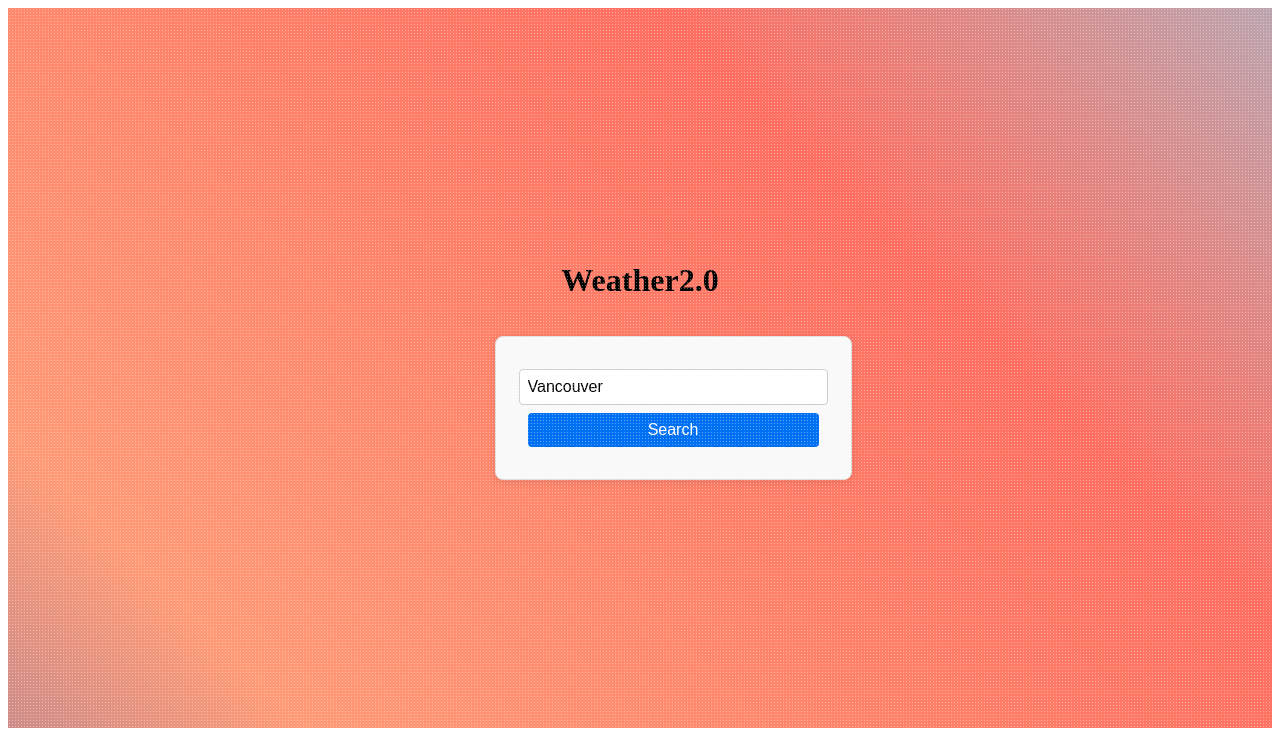
Repository: schwendyjr/COMP3170-Project
Page: /
An editor plug-in stored every save of this project. The page is shown before and after the next save, followed by the edit.
The browser window is 1280 px wide. The pictures show the whole page.
The page's requests for data from a server got no answer. The project was rebuilt for these pictures with package versions that can differ from the ones it lists, and the page was loaded fresh each time. The framework's server and built-in components were replaced by stand-ins that run in the browser. No one was signed in, and anything a server would have sent is missing. Also part of the build but not shown: utils/formatDate.js, components/WeatherCardItem.js, components/Forecast.js.

Above is the page before, as saved 2024-12-03 20:41:49.

### pages/_app.js
import '../styles/Home.module.css';


function MyApp({ Component, pageProps }) {
  return <Component {...pageProps} />;
}

export default MyApp;

### pages/index.js
import WeatherApp from '../components/WeatherApp';
import styles from '../styles/Home.module.css';

const Home = () => {
    return (
        <div className={styles.container}>
            <h1>Weather2.0</h1>
            <WeatherApp />
        </div>
    );
};

export default Home;

### styles/Home.module.css
/* styles/Home.module.css */
.container {
  display: flex;
  flex-direction: column;
  min-height: 100vh;
  align-items: center;
  justify-content: center;
/* animation component */
background: linear-gradient(45deg,
#151a1f, #4a69bd, /* Early morning */
#ff9a76, #ff6f61, /* Sunrise */
#87ceeb, #fdfd96, /* Noon */
#ffa500, #ffd700, /* Afternoon */
#ff4500, #800080, /* Sunset */
#000428, #1b2735 /* Evening/Night */
);
background-size: 600% 600%;
animation: GradientBackground 120s ease infinite;
animation: GradientBackground 500s ease infinite, GradientAngle 560s linear infinite;
overflow: hidden;
position: relative;
}

.container:after {
content: '';
position: absolute;
top: 0;
left: 0;
width: 100%;
height: 100%;
background: radial-gradient(#ffffff88 .5px, transparent .5px);
background-size: 3px 3px;
opacity: 0.6;
animation: Twinkle 2s infinite ease-in-out alternate;
pointer-events: none;
}

/* keyframe for animation */
@keyframes GradientBackground {
0% { background-position: 0% 50%; }
50% { background-position: 100% 50%; }
100% { background-position: 0% 50%; }
}

@keyframes Twinkle {
0% { opacity: 0.4; }
50% { opacity: 0.6; }
100% { opacity: 0.8; }
}

  .heading {
    margin-bottom: 2rem;
  }

  .button {
    margin: 1rem;
    padding: 0.5rem 1rem;
    background-color: #0070f3;
    color: white;
    border: none;
    border-radius: 5px;
    cursor: pointer;
  }

  .button:hover {
    background-color: #005bb5;
  }

  .list {
    list-style: none;
    padding: 0;
  }

  .item {
    background: #f8d7da;
    margin: 1rem 0;
    padding: 1rem;
    border-radius: 5px;
  }

  @media (max-width: 768px) {
    .container {
      padding: 1rem;
    }
  }


/* card css */

.weatherCard {
  display: flex;
  flex-direction: column;
  justify-content: space-between;
  align-items: center;
  padding: 1rem;
  margin: 1rem;
  border: 1px solid #ddd;
  border-radius: 8px;
  box-shadow: 0 2px 5px rgba(0, 0, 0, 0.1);
  background-color: #ffffffab;
  text-align: center;
  max-width: 200px;
}

.weatherCard img {
  max-width: 100px;
  height: auto;
}

.weatherCard h3 {
  font-size: 1.2rem;
  margin-bottom: 0.5rem;
}

.weatherCard p {
  margin: 0.5rem 0;
  font-size: 0.9rem;
}

/* form css */

.searchForm {
  display: flex;
  gap: 0.5rem;
  margin: 1rem 0;
  align-items: center;
  justify-content: center;

  flex-direction: column; /* Stack input and button */
  padding: 2rem;
  width: 100%;
  max-width: 400px; /* Limit form width */
  border: 1px solid #ddd;
  border-radius: 8px;
  box-shadow: 0 2px 10px rgba(0, 0, 0, 0.1);
  background-color: #f9f9f9;
}

.searchForm input {
  width: 100%; /* Make input fill available space */
  padding: 0.5rem;
  font-size: 1rem;
  border: 1px solid #ccc;
  border-radius: 4px;
}

.searchForm button {
  width: 100%; /* Make button fill available space */
  padding: 0.5rem;
  font-size: 1rem;
  background-color: #0070f3;
  color: white;
  border: none;
  border-radius: 4px;
  cursor: pointer;
  transition: background-color 0.3s ease;
}

.searchForm button:hover {
  background-color: #005bb5;
}

### components/WeatherApp.js
import { useState, useEffect } from 'react';
import axios from 'axios';
import WeatherSearch from './WeatherSearch';
import Forecast from './Forecast';

const WeatherApp = () => {
    const [city, setCity] = useState('Vancouver');
    const [forecastData, setForecastData] = useState(null);
    const [error, setError] = useState('');

    const fetchWeatherData = async (cityName) => {
        try {
            const response = await axios.get(`https://api.weatherapi.com/v1/forecast.json?key=${process.env.NEXT_PUBLIC_WEATHER_API_KEY}&q=${cityName}&days=5`);
            setForecastData(response.data);
            setError('');
        } catch (error) {
            setError('City not found');
        }
    };

    const fetchWeatherDataByCoords = async (latitude, longitude) => {
        try {
            const response = await axios.get(`https://api.weatherapi.com/v1/forecast.json?key=${process.env.NEXT_PUBLIC_WEATHER_API_KEY}&q=${latitude},${longitude}&days=5`);
            setForecastData(response.data);
            setCity(response.data.location.name);
            setError('');
        } catch (error) {
            setError('Location not found');
        }
    };

    useEffect(() => {
        if (navigator.geolocation) {
            navigator.geolocation.getCurrentPosition((position) => {
                fetchWeatherDataByCoords(position.coords.latitude, position.coords.longitude);
            }, () => {
                // Fallback to default city (Vancouver) if geolocation fails
                fetchWeatherData('Vancouver');
            });
        } else {
            // Fallback to default city (Vancouver) if geolocation is not supported
            fetchWeatherData('Vancouver');
        }
    }, []);

    return (
        <div>
            <WeatherSearch city={city} setCity={setCity} fetchWeatherData={fetchWeatherData} />
            {error && <p>{error}</p>}
            {forecastData && <Forecast forecastData={forecastData} />}
        </div>
    );
};

export default WeatherApp;

### components/WeatherSearch.js
import styles from '../styles/Home.module.css';
const WeatherSearch = ({ city, setCity, fetchWeatherData }) => {
  const handleInputChange = (e) => {
      setCity(e.target.value);
  };

  const handleSearch = (e) => {
      e.preventDefault();
      fetchWeatherData(city);
  };

  return (
      <form onSubmit={handleSearch} className={styles.searchForm}>
          <input type="text" value={city} onChange={handleInputChange} placeholder="Enter city" />
          <button type="submit">Search</button>
      </form>
  );
};

export default WeatherSearch;

Loaded but not shown: pages/_document.js (common file)

After the next save:
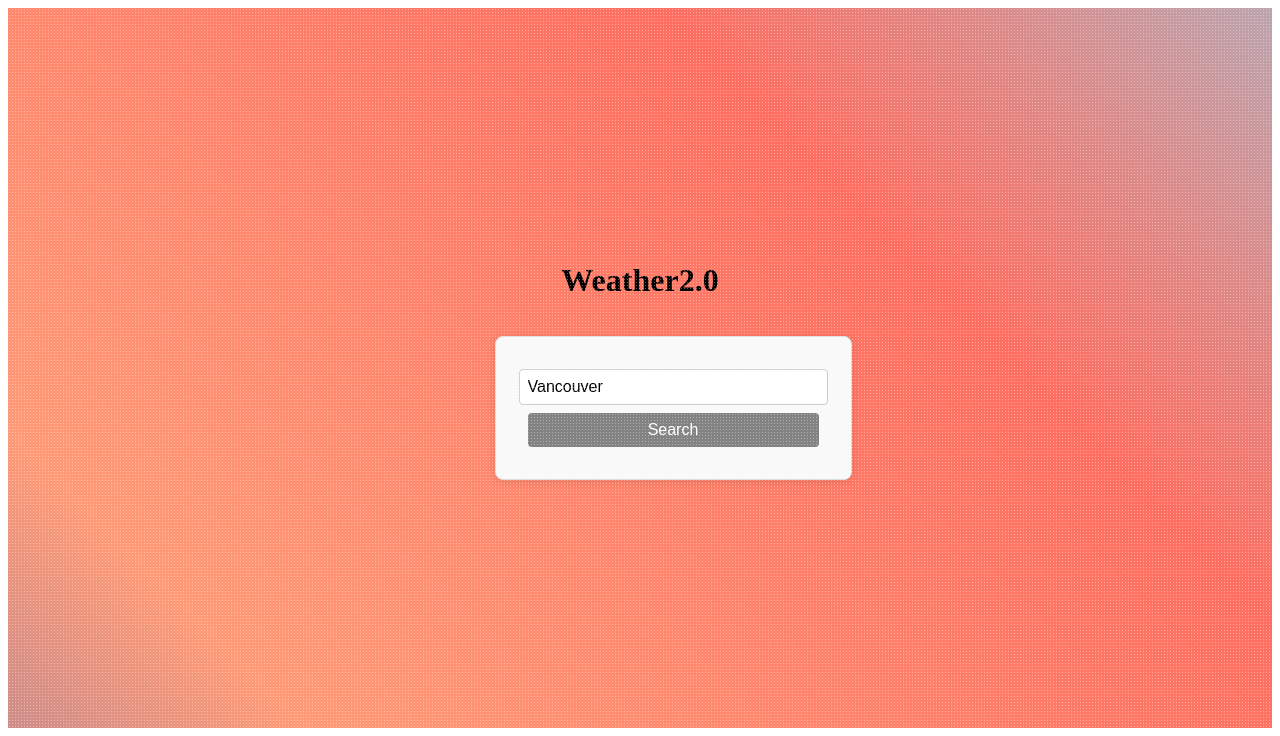
Saved 16 s later.
--- a/styles/Home.module.css
+++ b/styles/Home.module.css
@@ -148,7 +148,7 @@ pointer-events: none;
   width: 100%; /* Make button fill available space */
   padding: 0.5rem;
   font-size: 1rem;
-  background-color: #0070f3;
+  background-color: #838383;
   color: white;
   border: none;
   border-radius: 4px;
